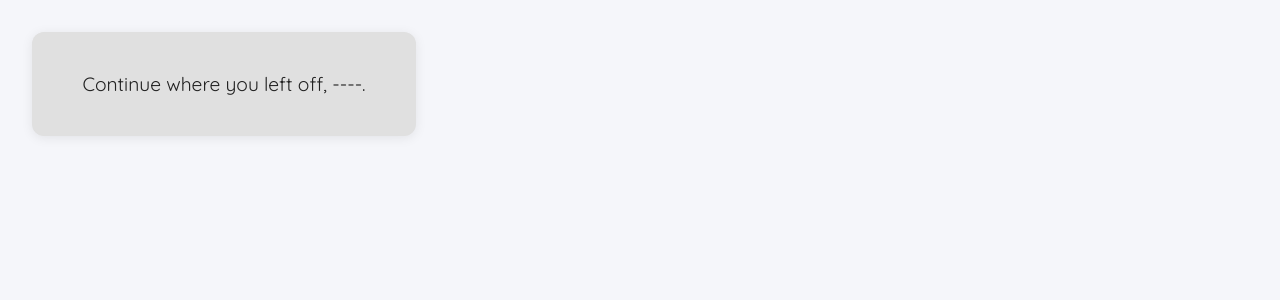
Repository: saifg123/Peer
Page: home.html
The author's editor kept a copy of each file at every save. The page is drawn from the files as they stood at one save, then again after the next save.
The browser window is 1280 px wide. The pictures show the whole page.
The pointer rests on the first visible `.continue-box`.

Above is the page before, as saved 2025-05-24 19:39:20.

### home.html
<!DOCTYPE html>
<html lang="en">
<head>
    <link href="https://fonts.googleapis.com/css2?family=Lexend:wght@100..900&family=Quicksand:wght@300..700&family=Rubik:ital,wght@0,300..900;1,300..900&display=swap" rel="stylesheet">
    <meta charset="UTF-8">
    <title>Home - Peer App</title>
    <style>
        body {
            background: #f5f6fa;
            font-family: 'Quicksand', sans-serif;
            margin: 0;
            padding: 0;
            min-height: 100vh;
            display: flex;
            align-items: center;
            justify-content: center;
        }
        .continue-box {
            background: #fff;
            border-radius: 12px;
            box-shadow: 0 2px 12px rgba(0,0,0,0.08);
            padding: 40px 32px;
            min-width: 320px;
            text-align: center;
            position: absolute;
            top: 32px;
            left: 32px;
            font-size: 1.2rem;
            color: #222;
        }
        .continue-box:hover {
            background: #e0e0e0;
            transition: background 0.3s ease;
        }
    </style>
</head>
<body>
    <div class="continue-box">
        Continue where you left off, ----.
    </div>
</body>
</html>

After the next save:
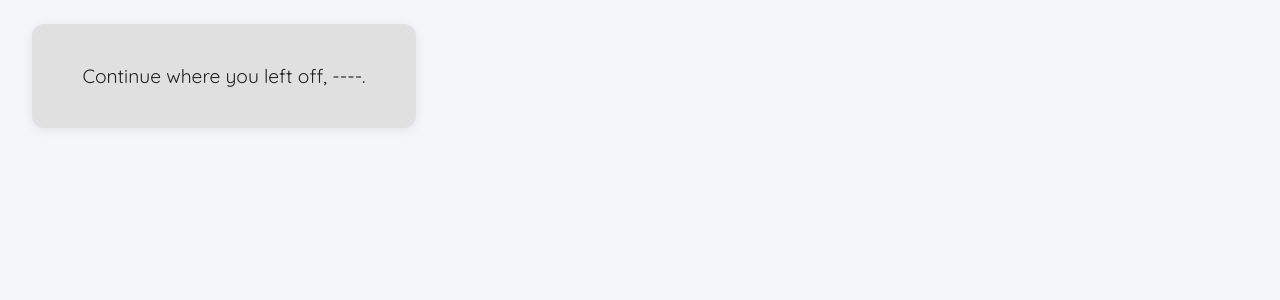
Saved 22 s later.
--- a/home.html
+++ b/home.html
@@ -30,7 +30,8 @@
         }
         .continue-box:hover {
             background: #e0e0e0;
-            transition: background 0.3s ease;
+            transition: background 0.3s ease, transform 0.3s ease;
+            transform: translateY(-8px);
         }
     </style>
 </head>
